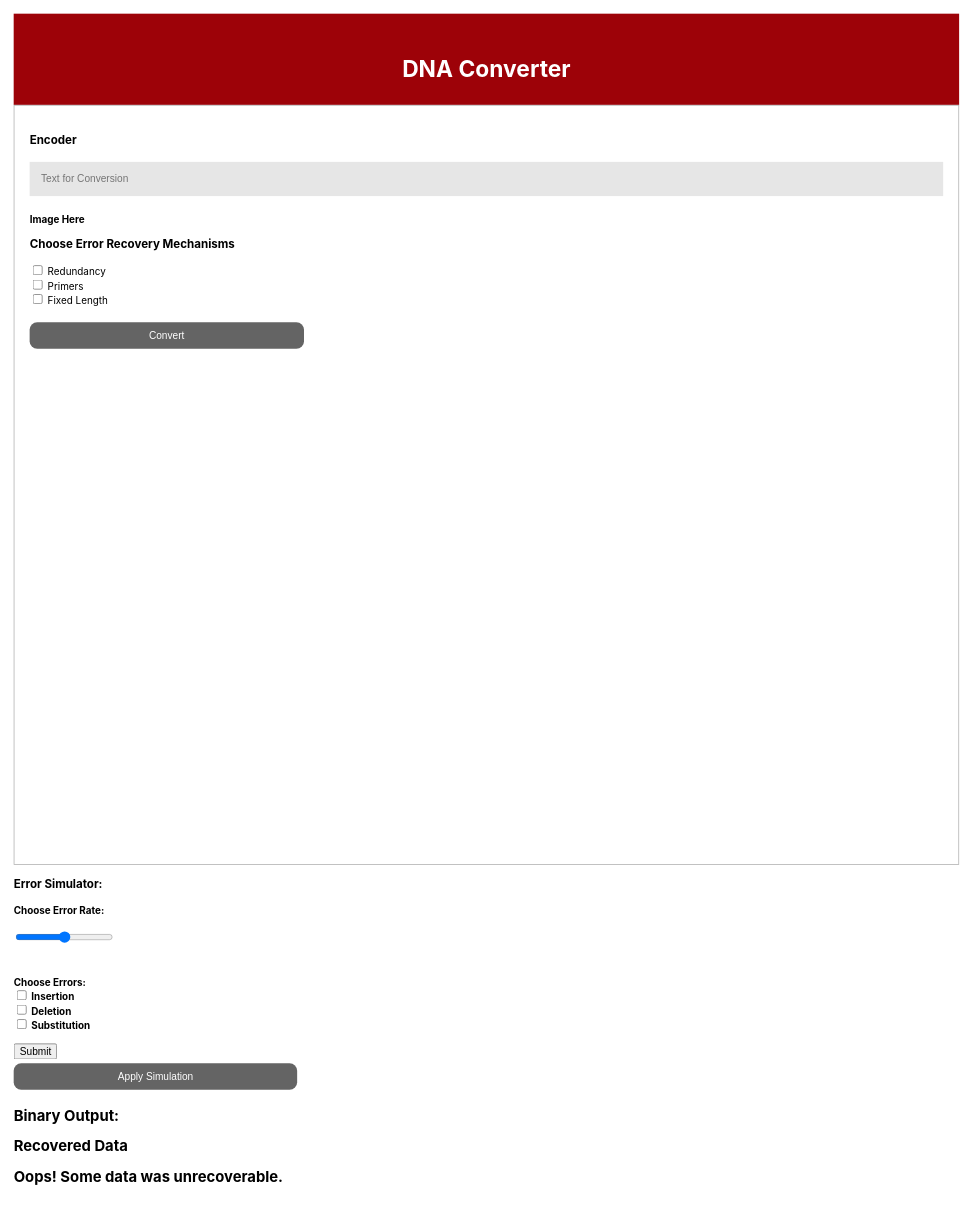
Repository: komalharjani/MSc-Thesis-DNA-Storage
Page: index.html
The author's editor kept a copy of each file at every save. The page is drawn from the files as they stood at one save, then again after the next save.
The browser window is 1280 px wide. The pictures show the whole page, at 76% of full size.

Above is the page before, as saved 2020-08-16 22:08:49.

### index.html
<!DOCTYPE html>
<html lang="en">

<head>
    <link href="index.css" rel="stylesheet">
    <meta charset="UTF-8">
    <meta name="viewport" content="width=device-width, initial-scale=1.0">
    <title>Document</title>
</head>

<body>
    <div id="LoginPage">
        <div class="header"><br>
            <h2> DNA Converter </h2>
        </div>

        <div class="loginContainer">
            <h3>Encoder</h3>
            <input type="text" placeholder="Text for Conversion" id="textToConvert" required class="input">
            <label for="text"><b>Image Here</b></label>
            <h3>Choose Error Recovery Mechanisms</h3>
            <form>
                <input type="checkbox" id="vehicle1" name="vehicle1" value="Bike">
                <label for="vehicle1"> Redundancy </label><br>
                <input type="checkbox" id="vehicle2" name="vehicle2" value="Car">
                <label for="vehicle2"> Primers </label><br>
                <input type="checkbox" id="vehicle3" name="vehicle3" value="Boat">
                <label for="vehicle3"> Fixed Length</label><br><br>
            </form>
            <button onclick="onSubmit()" id="submit">Convert</button>
        </div>
            <h3>Error Simulator:</h3>
            <h4>Choose Error Rate:</h4>
            <input type="range" name="rangeInput" min="0" max="10" onchange="updateTextInput(this.value);">
            <input type="number" id="textInput" value="" class="range" max="10"><br>
            <h4>Choose Errors:</h4<br>
            <form>
                <input type="checkbox" id="vehicle1" name="vehicle1" value="Bike">
                <label for="vehicle1"> Insertion </label><br>
                <input type="checkbox" id="vehicle2" name="vehicle2" value="Car">
                <label for="vehicle2"> Deletion </label><br>
                <input type="checkbox" id="vehicle3" name="vehicle3" value="Boat">
                <label for="vehicle3"> Substitution </label><br><br>
                <input type="submit" value="Submit">
            </form>
            <button onclick="" id="error">Apply Simulation</button><br>
            <!--Take Error Rate from On Submit-->
            <h2>Binary Output:</h2>
            <h2>Recovered Data</h2>
            <h2>Oops! Some data was unrecoverable. </h2>
        </div>
    </div>

</body>
<script src="index.js"></script>

</html>

### index.css
body {
    background-color:white;
    resize: both;
    overflow: auto;
}

.labelText {
  width: 100%;
  padding: 15px;
  margin: 5px 0 22px 0;
  display: inline-block;
  border: none;
  background: #cacaca;
}

.search {
  width: 30%;
  padding: 15px;
  margin: 5px 0 22px 0;
  display: inline-block;
  border: none;
  background: #e6e6e6;
}

.runBtn {
  background-color: #000000;
  border: 1px solid #ffffff;
  color: rgb(255, 255, 255);
  padding: 14px 20px;
  margin-top: 5px;
  margin-bottom: 5px;
  margin-right: 2px;
  margin-left: 0;
  border: none;
  cursor: pointer;
  width: 100%;
  opacity: 0.9;
  font-size: 15px;
}

#map{
  height: 400px;
  width: 100%;
}

#profile {
  border-radius: 50%;
}

.profile {
    padding: 10px;
    text-align: center;
    height: auto;
}

/* Full-width input fields */
.input {
  width: 100%;
  padding: 15px;
  margin: 5px 0 22px 0;
  display: inline-block;
  border: none;
  background: #e6e6e6;
}

.range {
  margin: 5px 0 22px 0;
  display: inline-block;
  border: none;
  text-align: right;
}

li {
  width: 100%;
  padding: 15px;
  margin: 5px 0 22px 0;
  display: inline-block;
  border: none;
  background: #cacaca;
}

ul {
  padding: 0;
}


/* Add a background color when the inputs get focus */
input[type=text]:focus, input[type=password]:focus {
  background-color: rgb(184, 184, 184);
  outline: none;
}

/* button {
  background-color: #000000;
  color: rgb(255, 255, 255);
  padding: 14px 20px;
  margin: 8px;
  border: none;
  cursor: pointer;
  width: 30%;
  opacity: 0.9;
  border-radius: 20px;
} */

.loginContainer {
  width: 100%;
  float: center;
  padding: 20px;
  border: 0.5px solid #afafaf;
  height: 1000px;

}

/* Set a style for all buttons */
.button {
  background-color: #000000;
  color: rgb(255, 255, 255);
  padding: 10px;
  width: 100%;
  border: none;
  border-radius: 10px;
}

button {
  background-color: rgb(100, 100, 100);
  color: rgb(255, 255, 255);
  padding: 10px;
  width: 30%;
  margin-top: 5px;
  margin-bottom: 5px;
  margin-right: 2px;
  margin-left: 0;
  border: none;
  border-radius: 10px;
}

button:hover {
  opacity: 0.8;
}

/* Extra styles for the cancel button */
.cancelbtn {
  padding: 14px 20px;
  background-color: whitesmoke;
}

/* Float cancel and signup buttons and add an equal width */
.cancelbtn, .signupbtn {
  float: right;
  width: 100%;
}


/* Style the horizontal ruler */
hr {
  border: 1px solid #f1f1f1;
  margin-bottom: 25px;
}

/* Change styles for cancel button and signup button on extra small screens */
@media screen and (max-width: 300px) {
  .cancelbtn, .signupbtn {
     width: 100%;
  }
}
/* OLD BELOW!!!!! */

* {
    box-sizing: border-box;
  }

  /* Add a gray background color with some padding */
  body {
    font-family: -apple-system, BlinkMacSystemFont, 'Segoe UI', Roboto, Oxygen, Ubuntu, Cantarell, 'Open Sans', 'Helvetica Neue', sans-serif;
    padding: 10px;
    background: #ffffff;
    font-size: 13px;
  }
  table {
    font-family: arial, sans-serif;
    border-collapse: collapse;
    width: 100%;
  }

  td, th {
    border: 1px solid #dddddd;
    text-align: left;
    padding: 8px;
  }

  tr:nth-child(even) {
    background-color: #dddddd;
  }
  /* Header Title */
  .header {
    padding: 5px;
    font-size: 20px;
    text-align: center;
    background: #9d0208;
    color: white;
  }

  .login {
    width:300px;
    height:500px;
    position: fixed;
    top: 50%;
    left: 50%;
    margin-top: -125px;
    margin-left: -150px;
  }

  /* Split Screen into Columns */

  .rightcolumn {
    float: right;
    width: 50%;
    padding: 10px;
  }

  .leftcolumn {
    float: left;
    width: 20%;
    padding: 10px;
    background-color: rgb(255, 255, 255);
  }

  .left {
    float: right;
    width: 50%;
    background-color: rgb(255, 255, 255);
  }

  .right {
    float: right;
    width: 50%;
    background-color: rgb(255, 255, 255);
  }

  .centercolumn {
    float: left;
    width: 80%;
    padding: 10px;
    background-color: rgb(255, 255, 255);
  }

  .title {
    color: grey;
    font-size: 18px;
  }

  .rightcolumn {
    float: left;
    width: 30%;
    padding: 10px;
    background-color: rgb(255, 255, 255);
  }

  .box {
    background-color: rgb(255, 255, 255);
    width: 100%;
    padding: 15px;
  }


  .card {
     background-color: whitesmoke;
     padding: 15px;
  }

  .row:after {
    content: "";
    display: table;
    clear: both;
  }

  /* Footer */
  .footer {
    padding: 20px;
    text-align: center;
    background: #ddd;
    margin-top: 20px;
  }

  /* Responsive layout - when the screen is less than 800px wide, make the two columns stack on top of each other instead of next to each other */
  @media screen and (max-width: 800px) {
    .leftcolumn, .rightcolumn {
      width: 100%;
      padding: 0;
    }
  }

  tr:nth-child(even) {
    background-color: #3b37377c;
  }

  button:hover {
    opacity:1;
  }

  /* Extra styles for the cancel button */
  .cancelbtn {
    padding: 14px 20px;
    background-color: #000000;
  }

  /* Float cancel and signup buttons and add an equal width */
  .cancelbtn, .signupbtn {
    float: right;
    width: 100%;
  }

  .containerForm {
    width: 50%;
    float: left;
    padding: 10px;
    background-color: rgb(255, 255, 255);
  }

  /* Add padding to container elements */
  .container {
    width: 100%;
    float: left;
    padding: 10px;
    background-color: rgb(255, 255, 255);
  }

  #result {
    color: red;
  }

  .submitComment {
    background-color: white;
    color: black;
    border: 1px solid #888;
    width: 100%;
    float: right;
  }

  .submitComment :hover {
    background-color: rgb(138, 138, 138);
  }

  .readMore {
    background-color: rgb(216, 216, 216);;
    color: black;
    width: 40%;
    margin: 5px;
  }

  .logoutBtn {
    color: white;
    background-color: #9d0208 ;
    border: 1px solid rgb(255, 255, 255);
    margin: 10px;
  }

  .logoutBtn:hover {
    opacity: 0.7;
  }

  .register {
    color: black;
    background-color: white ;
    border: 1px solid rgb(255, 255, 255);
    margin: 10px;
    opacity: 0.8;
  }

  .register:hover {
    opacity: 1;
  }

  .runPostsStyle {
    background-color: rgb(255, 255, 255);
    padding: 20px;
    border-radius: 10px;
    margin-top: 20px;
    width: 100%;
    overflow: hidden;
    border: 1px solid rgb(0, 0, 0);
    columns: 2;
  }



  .commentPost {
    background-color: whitesmoke;
    padding: 20px;
    border-radius: 10px;
    margin-top: 20px;
    width: 100%;
    overflow: hidden;
  }

  .mapStyle {
    background-color: rgb(94, 0, 0);
    border-radius: 10px;
    width: 40%;
    height: 100px;
    border:solid black;
  }

  /* The Modal (background) */
  .modal {
    display: none; /* Hidden by default */
    position: fixed; /* Stay in place */
    left: 0;
    top: 0;
    width: 100%; /* Full width */
    height: 100%; /* Full height */
    overflow: auto; /* Enable scroll if needed */
    background-color:rgb(255, 255, 255);
    padding: 20px;
  }

  /* Modal Content/Box */
  .modal-content {
    background-color: #ffffff;
    margin: 5% auto 15% auto; /* 5% from the top, 15% from the bottom and centered */
    border: 1px solid #888;
    width: 80%; /* Could be more or less, depending on screen size */
  }

  .postTitle {
    font-size: 20px;
    font-weight: bold;
    color: #9d0208;
  }

  .dateDisplay {
    font-size: 20px;
    font-weight: bold;
  }

  .toFrom {
    font-size: 14px;
    font-weight: bold;
  }

  /* Style the horizontal ruler */
  hr {
    border: 1px solid #f1f1f1;
    margin-bottom: 25px;
  }

  /* The Close Button (x) */
  .close {
    position: absolute;
    right: 35px;
    top: 15px;
    font-size: 40px;
    font-weight: bold;
    color: #000000;
  }

  .close:hover,
  .close:focus {
    color: #ff8484;
    cursor: pointer;
  }

  /* Clear floats */
  .clearfix::after {
    content: "";
    clear: both;
    display: table;
  }

  /* Change styles for cancel button and signup button on extra small screens */
  @media screen and (max-width: 300px) {
    .cancelbtn, .signupbtn {
       width: 100%;
    }
  }

  .dropbtn {
    background-color: #E6E6E6;
    color: rgb(85, 85, 85);
    padding: 16px;
    font-size: 16px;
    border: none;
    width: 100px;
    cursor: pointer;
  }

  .dropbtn:hover, .dropbtn:focus {
    background-color: rgb(187, 187, 187);
  }

  .dropdown {
    position: relative;
    display: inline-block;
  }

  .dropdown-content {
    display: none;
    position: absolute;
    background-color: #f1f1f1;
    min-width: 160px;
    overflow: auto;
    box-shadow: 0px 8px 16px 0px rgba(0,0,0,0.2);
    z-index: 1;
  }

  .dropdown-content a {
    color: black;
    padding: 12px 16px;
    text-decoration: none;
    display: block;
  }

  .dropdown a:hover {background-color: #ddd;}

  .show {display: block;}

### index.js
let text = "Lorem Ipsum is simply dummy text of the printing and typesetting industry. Lorem Ipsum has been the industry's standard dummy text ever since the 1500s, when an unknown printer took a galley of type and scrambled it to make a type specimen book. It has survived not only five centuries, but also the leap into electronic typesetting, remaining essentially unchanged. It was popularised in the 1960s with the release of Letraset sheets containing Lorem Ipsum passages, and more recently with desktop publishing software like Aldus PageMaker including versions of Lorem Ipsum. Lorem Ipsum is simply dummy text of the printing and typesetting industry. Lorem Ipsum has been the industry's standard dummy text ever since the 1500s, when an unknown printer took a galley of type and scrambled it to make a type specimen book. It has survived not only five centuries, but also the leap into electronic typesetting, remaining essentially unchanged. It was popularised in the 1960s with the release of Letraset sheets containing Lorem Ipsum passages, and more recently with desktop publishing software like Aldus PageMaker including versions of Lorem Ipsum. Lorem Ipsum is simply dummy text of the printing and typesetting industry. Lorem Ipsum has been the industry's standard dummy text ever since the 1500s, when an unknown printer took a galley of type and scrambled it to make a type specimen book. It has survived not only five centuries, but also the leap into electronic typesetting, remaining essentially unchanged. It was popularised in the 1960s with the release of Letraset sheets containing Lorem Ipsum passages, and more recently with desktop publishing software like Aldus PageMaker including versions of Lorem Ipsum. Lorem Ipsum is simply dummy text of the printing and typesetting industry. Lorem Ipsum has been the industry's standard dummy text ever since the 1500s, when an unknown printer took a galley of type and scrambled it to make a type specimen book. It has survived not only five centuries, but also the leap into electronic typesetting, remaining essentially unchanged. It was popularised in the 1960s with the release of Letraset sheets containing Lorem Ipsum passages, and more recently with desktop publishing software like Aldus PageMaker including versions of Lorem Ipsum.";
console.log(text.length);
let noErrors = 4;
let binOutput;

/**
 * Called when convert is started
 */
function onSubmit() {

    //Add Length
    let input = addLength();
    binOutput = textToBinary(input);
    //binOutput = textToBinary(text);

    //ADDING ENCODING INFORMATION
    let dnaStringOutput = binaryToDNA(binOutput);

    //add Primers
    let addedPrimers = addPrimers(dnaStringOutput);

    //Add Redundancy and Complement
    let cloneOne = addedPrimers.slice();
    let cloneTwo = addedPrimers.slice();
    let comp = addComplement(addedPrimers); //or dnaString Output
    //let cloneOne = dnaStringOutput.slice();
    //let cloneTwo = dnaStringOutput.slice();
    //let comp = addComplement(dnaStringOutput);
    //let reverse = cloneTwo.reverse();

    //Add Blocks
    let blocks = addBlocks(addPrimers);
    //errorSimulator(blocks);

    //ERROR SIMULATOR
    let cloneError = errorSimulator(cloneOne);
    let cloneTwoError = errorSimulator(cloneTwo);
    let dnaStringError = errorSimulator(addedPrimers);
    console.log(dnaStringError);
    let errorComp = errorSimulator(comp);

    // let rem = removePrimers(errorDNA);
    // let extractedLength = getLength(removePrimers); //call getLength from here
    // errorCorrectLength(extractedLength);

    //Call Error Correcting for Redundant
    let errorCorrection = errorCorrectRedundant(cloneError, dnaStringError, cloneTwoError);
    let errorCorrectionResult = dnaToBinary(errorCorrection);
    let convertedOutput = removePrimers(errorCorrectionResult);
    let decoded = decode(convertedOutput);
    binaryToText(decoded);
}

function imageToBinary(img) {
        var binArray = []
        var datEncode = "";

        for (i=0; i < data.length; i++) {
            binArray.push(data[i].charCodeAt(0).toString(2));
        }
        for (j=0; j < binArray.length; j++) {
            var pad = padding_left(binArray[j], '0', 8);
            datEncode += pad + ' ';
        }
        function padding_left(s, c, n) { if (! s || ! c || s.length >= n) {
            return s;
        }
        var max = (n - s.length)/c.length;
        for (var i = 0; i < max; i++) {
            s = c + s; } return s;
        }
        console.log(binArray);
}

/**
 * Converting User Inputted Text into Binary using ASCII Table
 * @param {*} text
 */
function textToBinary(text) {
    var length = text.length,
        output = [];
    for (var i = 0; i < length; i++) {
        var bin = text[i].charCodeAt().toString(2);
        output.push(Array(8 - bin.length + 1).join("0") + bin);
    }
    return output.join("");
}

/**
 * Converting Binary Output to DNA by Mapping 2 bits to A, G, C or T.
 * Mapping: A = 00, G = 01, C = 10, T = 11
 * @param {*} binOutput
 */
function binaryToDNA(binOutput) {
    // console.log(binOutput.length);
    let dnaArray = [];
    var twoBitsArray = []; //Array to hold binary elements, each element containing 2 bits
    var i = 0;
    var n = binOutput.length;

    while (i < n) {
        twoBitsArray.push(binOutput.slice(i, i += 2));
    }
    console.log(twoBitsArray);

    for (let i = 0; i < twoBitsArray.length; i++) {
        if (twoBitsArray[i] == "00") {
            dnaArray.push("A");
        }
        else if (twoBitsArray[i] == "01") {
            dnaArray.push("G");
        }
        else if (twoBitsArray[i] == "10") {
            dnaArray.push("C");
        }
        else if (twoBitsArray[i] == "11") {
            dnaArray.push("T");
        }
    }
    return dnaArray;
}

/**
 * Control 1: Remove Homopolymers and 'GC' repeats
 */
function removeHomopolymers() {

}

/**
 * Add a Payload
 * @param {*} dnaArray
 */
function addPrimers(dnaArray) {
    let stringed = dnaArray.join("");
    let primer = "AAAAA"; //Add Primer of 5 A's
    let dnaString = primer + stringed + primer;
    let textLength, dnaLength, binaryLength;
    return dnaString;
}

/**
 *
 */
function addLength() {
    let padding = "00000000";
    let textLength = text.length;
    let noNums = textLength.toString().length;
    let zeros = 8 - noNums;
    let zerosPadding = padding.slice(0, zeros);
    let final = zerosPadding + textLength;
    console.log(final);
    //length of DNA == 32 CHARACTERS AT THE END
    text = text + final;
    return text;
}

/**
 *
 */
function addBlocks() {

}


/**
 * Generate Complement of DNA String to be stored
 */
function addComplement(dnaArray) {

    let complement = [];
    for (let i = 0; i < dnaArray.length; i++) {
        if (dnaArray[i] == "A") {
            complement.push("T");
        }
        if (dnaArray[i] == "T") {
            complement.push("A");
        }
        if (dnaArray[i] == "C") {
            complement.push("G");
        }
        if (dnaArray[i] == "G") {
            complement.push("C");
        }
    }
    let comp = complement.join("");
    return comp;
}

/**
 * Error Simulator to delete random information
 * Attempting to mimic sequencing and synthesis errors in practice
 * @param {*} dnaString
 */
function errorSimulator(dnaString) { //does this have to deal with a string?
    let errorRate = Math.round(dnaString.length * noErrors / 1000); //error rate user input
    dnaArray = dnaString.split("");
    console.log(dnaArray);
    let min = 0; //change if errors should be concentrated at end
    for (let i = 0; i < errorRate; i++) { //for error rate
        let randomIndex = (Math.floor(Math.random() * dnaArray.length - min + 1) + min) + 1; //generate random index
        console.log(randomIndex);
        //min = randomIndex; //set minimum for sequential errors
        console.log(dnaArray[randomIndex + 1]);
        dnaArray.splice(randomIndex, 1); //remove element from string here
    }
    return dnaArray;
}

/**
 *
 * @param {*} dnaString
 */
function errorCorrectRedundant(cloneOne, errorDNA, cloneTwo,len) {

    let temp = [];
    let missing = [];

    let majority;

    let getLenClone = errorDNA.slice();
    let errorCorrectionResult = dnaToBinary(getLenClone);
    let convertedOutput = removePrimers(errorCorrectionResult);
    let decoded = decode(convertedOutput);
    binaryToText(decoded);
    let extractedLength = getLength(errorCorrectionResult); //call getLength from here
    console.log(extractedLength);
    console.log(getLenClone.length);

    let noErrors = (extractedLength - getLenClone.length) * 3;
    console.log(noErrors);


    while (noErrors > 0) {
        //Identifies the index of where the error has occured
        for (let j = 0; j < errorDNA.length; j++) {
            if (errorDNA[j] === cloneOne[j] && errorDNA[j] === cloneTwo[j]) {
                temp.push(errorDNA[j]);
            }
            else {
                missing.push({
                    original: errorDNA[j],
                    cloneOne: cloneOne[j],
                    cloneTwo: cloneTwo[j]
                })
                break;
            }
        }

        let indexToInsert = temp.length;
        //correct in missing

        for (let i = 0; i < missing.length; i++) {
            if (missing[i].original === missing[i].cloneOne) {
                majority = missing[i].original;
                cloneTwo.splice(indexToInsert, 0, majority);
                //return errorDNA, cloneOne, cloneTwo;
                //dnaToBinary(cloneTwo);
            }
            else if (missing[i].original === missing[i].cloneTwo) {
                majority = missing[i].original;
                cloneOne.splice(indexToInsert, 0, majority);
                //return errorDNA, cloneOne, cloneTwo;
                //dnaToBinary(cloneOne);
            }
            else if (missing[i].cloneTwo === missing[i].cloneOne) {
                majority = missing[i].cloneTwo;
                errorDNA.splice(indexToInsert, 0, majority);
                //return errorDNA, cloneOne, cloneTwo;
                //dnaToBinary(errorDNA);
            }
        }
        missing = [];
        temp = [];
        majority = "";
        noErrors--;
    }
    return errorDNA;

}


//Get Length of Binary --> must decode to get length
//decode original string
//remove primers
//call getLength
function getLength(decodedResult) {
    //decodedResult.splice(-5, 5); //remove primer from en
    let removeNum = decodedResult.length - 32;
    decodedResult.splice(0, removeNum);
    let extractedLength = decode(decodedResult);
    let finalNum = binaryToText(extractedLength);
    let num = finalNum.replace(/^0+/, '');
    let dnaLength = (num * 4) + 42;
    console.log(dnaLength);
    return dnaLength;
}

// function errorCorrectLength(len) {
//     let dnaLength = (len * 4) + 42;
//     console.log(dnaLength);
// }

/**
 * Convert error corrected string back to binary
 * @param {*} dnaString
 */
function dnaToBinary(dnaString) {
    let decodedResult = [];

    for (let i = 0; i < dnaString.length; i++) {
        if (dnaString[i] == "A") {
            decodedResult.push("00");
        }
        if (dnaString[i] == "G") {
            decodedResult.push("01");
        }
        if (dnaString[i] == "C") {
            decodedResult.push("10");
        }
        if (dnaString[i] == "T") {
            decodedResult.push("11");
        }
    }
    console.log(decodedResult);
    return decodedResult;
}


function removePrimers(convertedOutput) {
    //check if all A's and then splice
    convertedOutput.splice(0, 5); //remove primer from beginning
    convertedOutput.splice(-5, 5); //remove primer from end
    return convertedOutput;

}

function decode(convertedOutput) {
    let conv = convertedOutput.join("");
    // console.log(conv);

    let temp = [];
    var i = 0;
    var n = conv.length;

    while (i < n) {
        temp.push(conv.slice(i, i += 8));
    }

    // console.log(temp);
    temp = temp.join(" ");
    return temp;
}


/**
 * Map Binary back to text using ASCII character codes
 * @param {*} str
 */
function binaryToText(str) {
    // console.log(str);
    var binString = '';
    str.split(' ').map(function (bin) {
        binString += String.fromCharCode(parseInt(bin, 2));
    });
    console.log(binString);
    return binString;
}

After the next save:
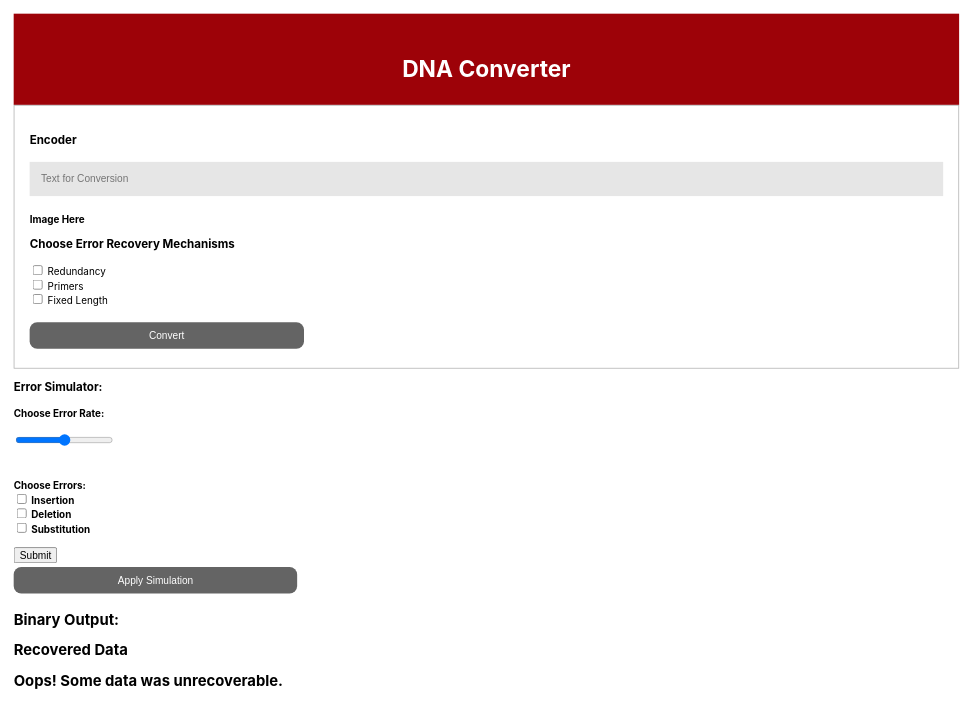
Saved 13 s later.
--- a/index.css
+++ b/index.css
@@ -107,7 +107,7 @@ input[type=text]:focus, input[type=password]:focus {
   float: center;
   padding: 20px;
   border: 0.5px solid #afafaf;
-  height: 1000px;
+  height: auto;
 
 }
 
